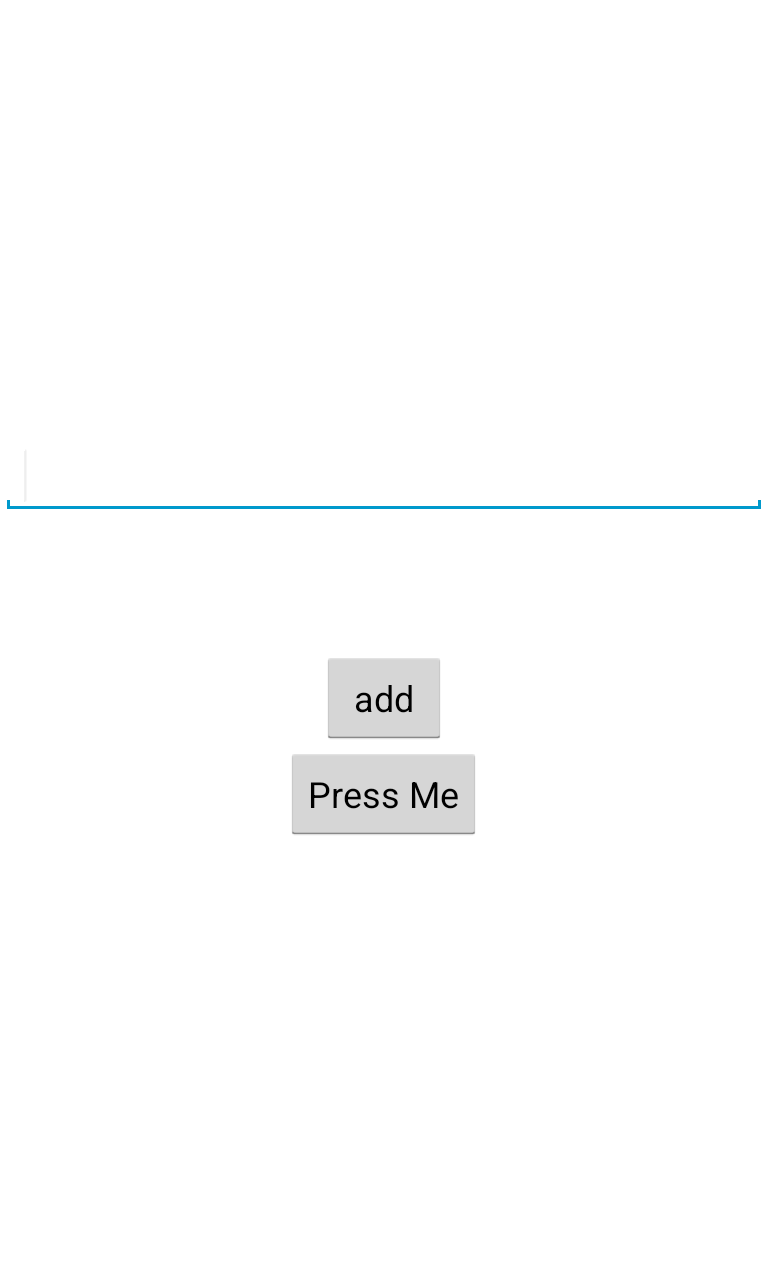
Repository: ArisKots1992/Software-Development
Layout: Anaptiksi Logismikou/Anaptiksi Logismikou/AdminClientApplication/res/layout/first_tab.xml
An editor plug-in stored every save of this project. The layout is shown before and after the next save, followed by the edit.
It is drawn on a 768 x 1280 px phone screen (xhdpi) without system bars, with theme AppTheme; the app's code is not run.

Above is the layout before, as saved 2015-01-17 18:25:17.

### Anaptiksi Logismikou/Anaptiksi Logismikou/AdminClientApplication/res/layout/first_tab.xml
<?xml version="1.0" encoding="utf-8"?>
<LinearLayout xmlns:android="http://schemas.android.com/apk/res/android"
    android:layout_width="match_parent"
    android:layout_height="match_parent"
    android:gravity="center"
    android:orientation="vertical" >

    <EditText
        android:id="@+id/editText1"
        android:layout_width="match_parent"
        android:layout_height="wrap_content"
        android:ems="10" >

        <requestFocus />
    </EditText>

    <TextView
        android:id="@+id/textView"
        android:layout_width="wrap_content"
        android:layout_height="wrap_content"
        android:textSize="50sp"/>

    <Button
        android:id="@+id/button2"
        android:layout_width="wrap_content"
        android:layout_height="wrap_content"
        android:text="add" />

    <Button
        android:id="@+id/button1"
        android:layout_width="wrap_content"
        android:layout_height="wrap_content"
        android:text="Press Me" />

</LinearLayout>

### Anaptiksi Logismikou/Anaptiksi Logismikou/AdminClientApplication/res/values/styles.xml
<resources>

    <!--
        Base application theme, dependent on API level. This theme is replaced
        by AppBaseTheme from res/values-vXX/styles.xml on newer devices.
    -->
    <style name="AppBaseTheme" parent="android:Theme.Light">
        <!--
            Theme customizations available in newer API levels can go in
            res/values-vXX/styles.xml, while customizations related to
            backward-compatibility can go here.
        -->
    </style>

    <!-- Application theme. -->
    <style name="AppTheme" parent="AppBaseTheme">
        <!-- All customizations that are NOT specific to a particular API-level can go here. -->
    </style>

    <style name="CustomStyleButton" parent="@android:style/Widget.Button">
		<item name="android:textSize">16sp</item>
 		<item name="android:textStyle">bold</item>
 		<item name="android:textColor">#dedfdc</item>
 		<item name="android:gravity">center</item>
 		<item name="android:shadowColor">#000000</item>
 		<item name="android:shadowDx">1</item>
 		<item name="android:shadowDy">1</item>
 		<item name="android:shadowRadius">0.6</item>
 		<item  name="android:background">@drawable/custom_button</item>
 		<item name="android:padding">10dip</item>
	</style>
</resources>

Loaded but not shown: Anaptiksi Logismikou/Anaptiksi Logismikou/AdminClientApplication/res/values-v11/styles.xml (common file); Anaptiksi Logismikou/Anaptiksi Logismikou/AdminClientApplication/res/values-v14/styles.xml (common file)

After the next save:
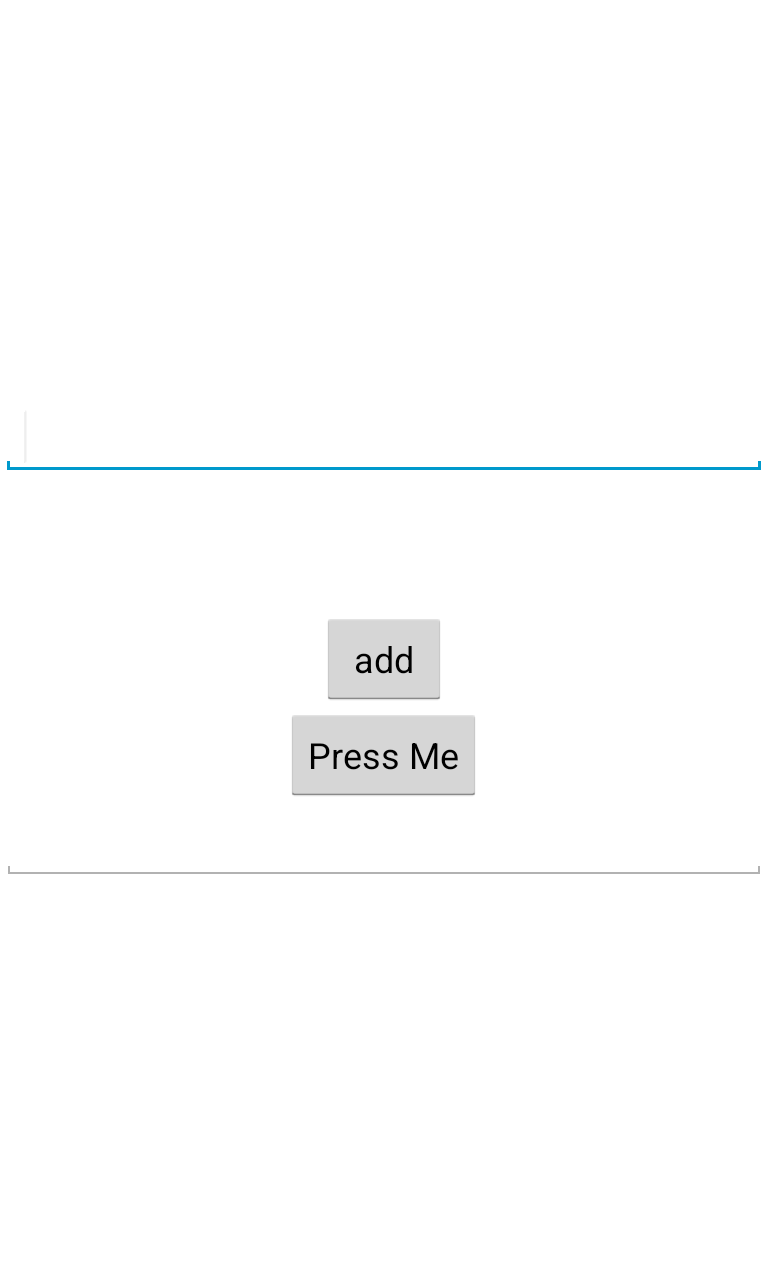
Saved 8 s later.
--- a/Anaptiksi Logismikou/Anaptiksi Logismikou/AdminClientApplication/res/layout/first_tab.xml
+++ b/Anaptiksi Logismikou/Anaptiksi Logismikou/AdminClientApplication/res/layout/first_tab.xml
@@ -32,4 +32,10 @@
         android:layout_height="wrap_content"
         android:text="Press Me" />
 
+    <EditText
+        android:id="@+id/editText2"
+        android:layout_width="match_parent"
+        android:layout_height="wrap_content"
+        android:ems="10" />
+
 </LinearLayout>
